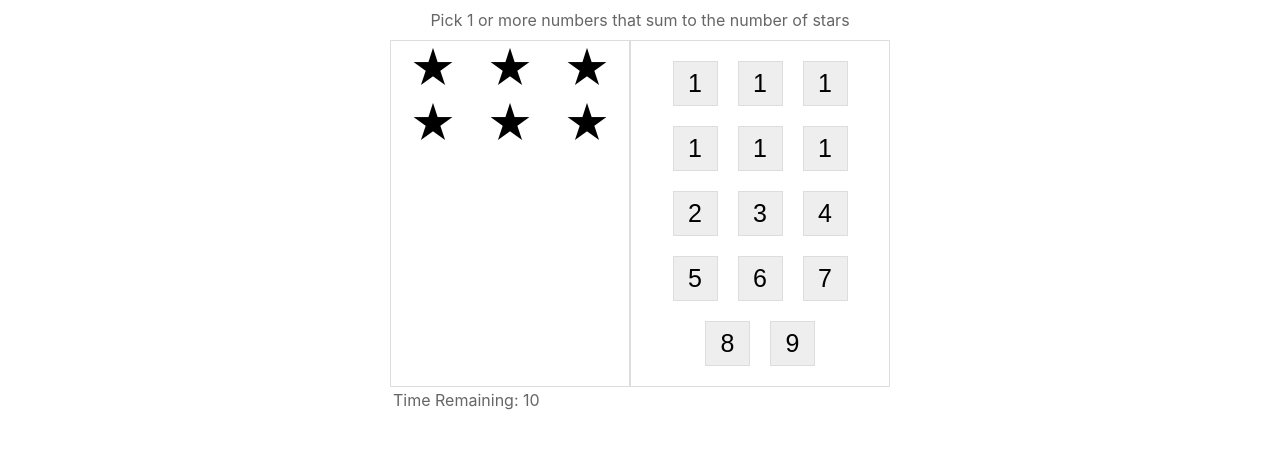
Repository: alicescfernandes/star-match-react-ts
Page: /
An editor plug-in stored every save of this project. The page is shown before and after a run of saves, followed by the edit.
The browser window is 1280 px wide. The pictures show the whole page.
The project was rebuilt for these pictures with package versions that can differ from the ones it lists, and the page was loaded fresh each time.

Above is the page before, as saved 2020-12-21 23:26:58.

After the next 2 saves:
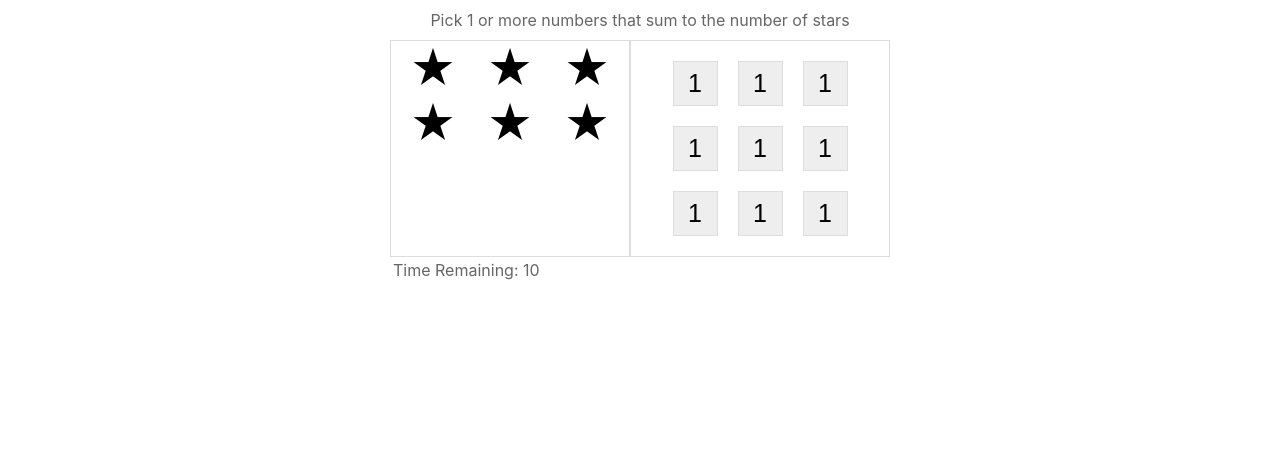
The 2 saves are shown as one change because they came seconds apart.
The last was saved 14 s later.
--- a/src/App.tsx
+++ b/src/App.tsx
@@ -21,19 +21,10 @@ const App = () => {
         <div className="right">
 
         {
-            utils.range(0,stars).map(id => {
+            utils.range(1,9).map(id => {
               return <button key={id} className="number">1</button>
             })
           }
-
-          <button className="number">2</button>
-          <button className="number">3</button>
-          <button className="number">4</button>
-          <button className="number">5</button>
-          <button className="number">6</button>
-          <button className="number">7</button>
-          <button className="number">8</button>
-          <button className="number">9</button>
         </div>
       </div>
       <div className="timer">Time Remaining: 10</div>
